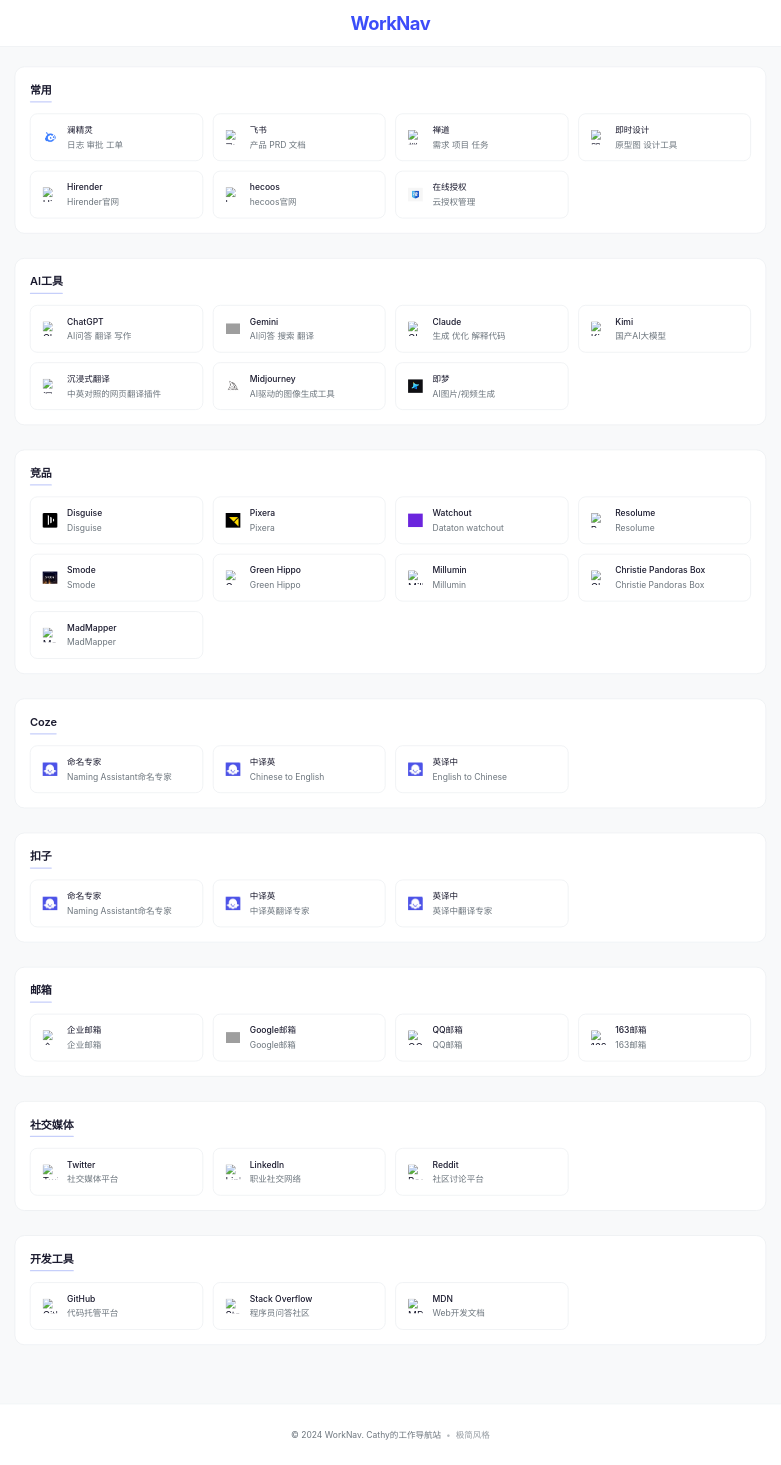
Repository: SweetPomelo0/WorkNav
Page: /
The author's editor kept a copy of each file at every save. The page is drawn from the files as they stood at one save, then again after the next save.
The browser window is 1280 px wide. The pictures show the whole page, at 61% of full size.
Pictures or frames that could not be fetched are drawn as grey boxes. The project was rebuilt for these pictures with package versions that can differ from the ones it lists, and the page was loaded fresh each time. The framework's server and built-in components were replaced by stand-ins that run in the browser. Also part of the build but not shown: next.config.ts.

Above is the page before, as saved 2025-07-26 21:19:03.

After the next save:
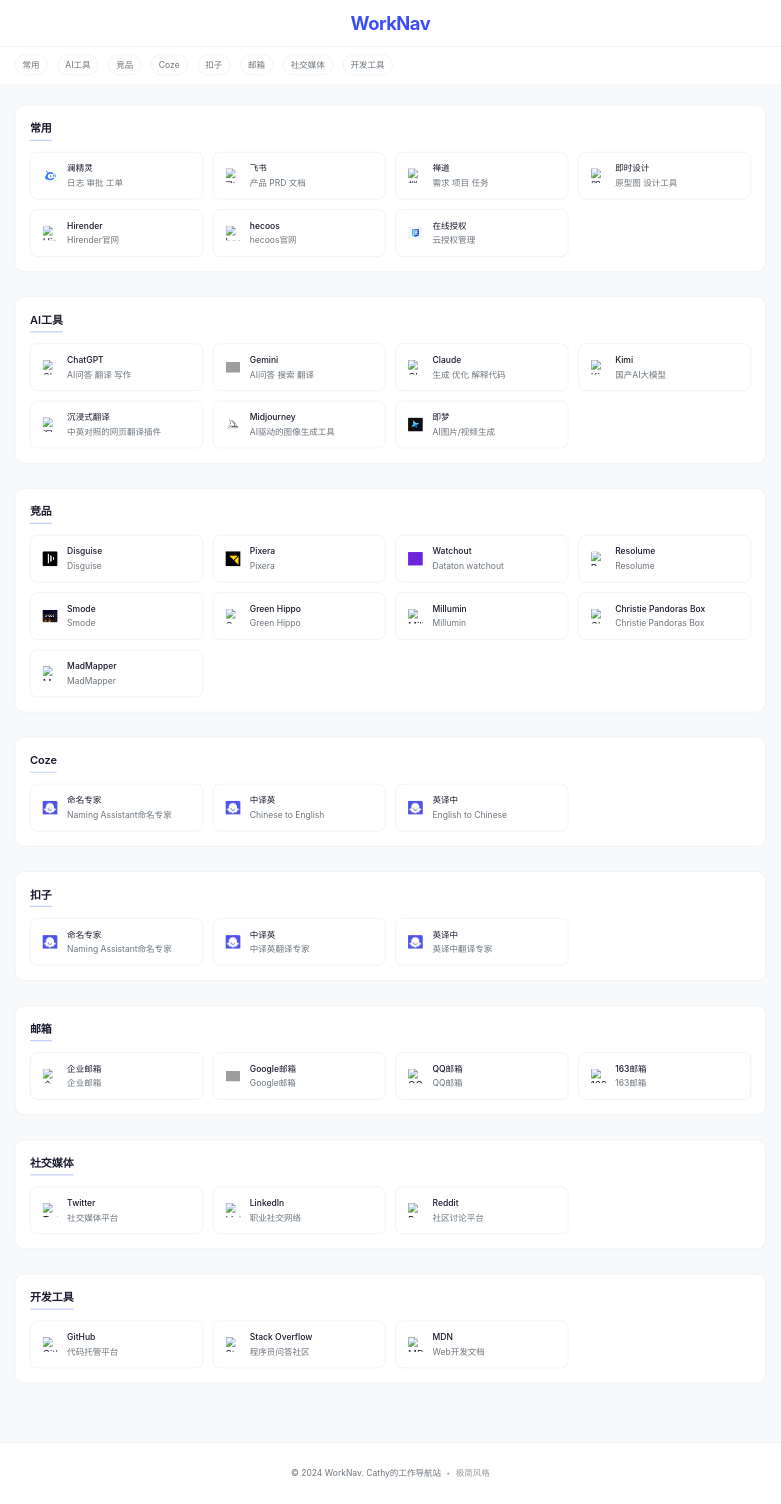
Saved 9 min 51 s later.
--- a/src/app/page.tsx
+++ b/src/app/page.tsx
@@ -95,6 +95,28 @@
           </div>
         </div>
       </header>
+
+      {/* Category Navigation */}
+      <div className="sticky top-0 z-10 py-3" style={{ background: 'var(--header-bg)', borderBottom: '1px solid var(--card-border)' }}>
+        <div className="max-w-7xl mx-auto px-6 overflow-x-auto">
+          <div className="flex space-x-4 pb-1">
+            {categories.map((category, index) => (
+              <a
+                key={index}
+                href={`#category-${index}`}
+                className="text-sm whitespace-nowrap px-3 py-1.5 rounded-full transition-colors"
+                style={{
+                  color: 'var(--text-secondary)',
+                  background: 'var(--card-bg)',
+                  border: '1px solid var(--card-border)'
+                }}
+              >
+                {category.title}
+              </a>
+            ))}
+          </div>
+        </div>
+      </div>
 
       {/* Main Content */}
        <main className="max-w-7xl mx-auto px-6 py-8">
